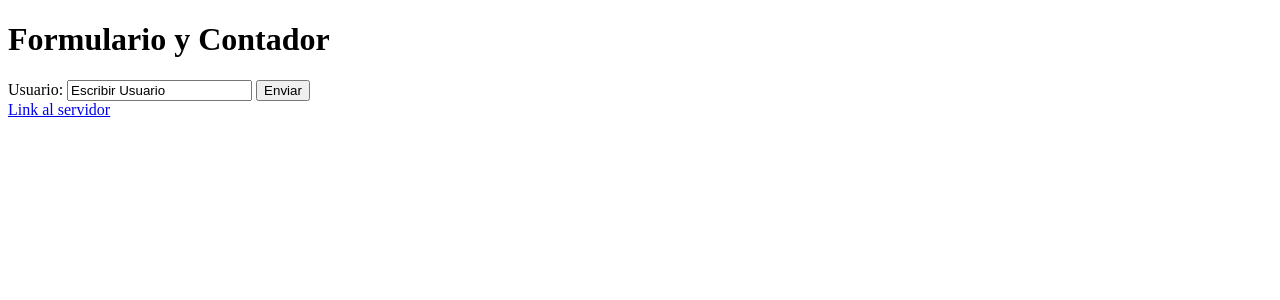
Repository: satfail/J2EE_DAD2_Workspace
Page: DADII_Tarea1/WebContent/index.html
The author's editor kept a copy of each file at every save. The page is drawn from the files as they stood at one save, then again after the next save.
The browser window is 1280 px wide. The pictures show the whole page.

Above is the page before, as saved 2020-02-13 10:08:50.

### DADII_Tarea1/WebContent/index.html
<!DOCTYPE html>
<html>
	<head>
		<script type = "text/javascript" src ="funciones.js"></script>
		<meta charset="ISO-8859-1">
		<title>Formulario y Contador</title>
	</head>
	<body>
		<h1>Formulario y Contador</h1>
		<form name = "form1" action = "/DADII_Tarea1/Servlet" method = "post"
		onSubmit ="return validarForma(this)">
			Usuario:
			<input type = "text" name= "usuario"
						value = "Escribir Usuario" onfocus = this.select()/>
			<input type = "submit" value ="Enviar">
		</form>
		<a href = "/DADII_Tarea1/Servlet" method = "get">Link al servidor</a>
		</body>
</html>

### DADII_Tarea1/WebContent/funciones.js

function validarForma(forma){
	var usuario = forma.usuario;
	if(usuario.value == "" || usuario.value == "Escribir Usuario"){
		alert("Debe proporcionar un nombre de Usuario");
		usuario.focus();
		usuario.select();
		return false;
	}
	alert("Formulario valido, enviando datos al servidor");
	return true;
}

After the next save:
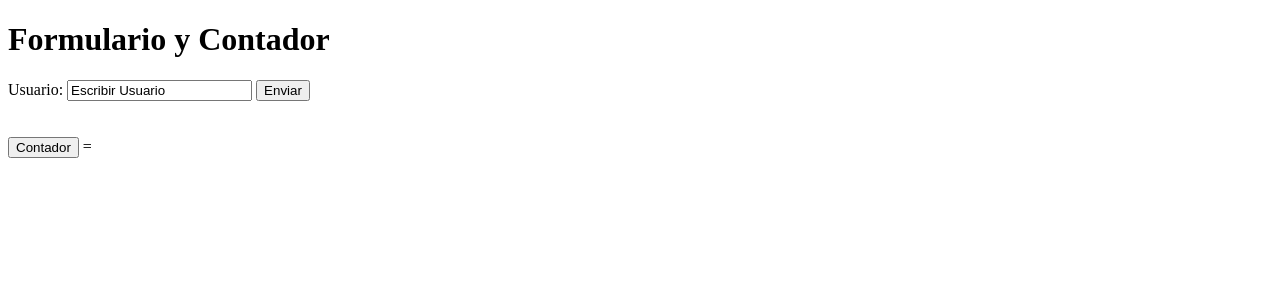
Saved 1 s later.
--- a/DADII_Tarea1/WebContent/index.html
+++ b/DADII_Tarea1/WebContent/index.html
@@ -13,7 +13,9 @@
 			<input type = "text" name= "usuario"
 						value = "Escribir Usuario" onfocus = this.select()/>
 			<input type = "submit" value ="Enviar">
+
 		</form>
-		<a href = "/DADII_Tarea1/Servlet" method = "get">Link al servidor</a>
+			<br><br>
+			<input type = "submit" value ="Contador"> =
 		</body>
 </html>

After the 2 saves that followed:
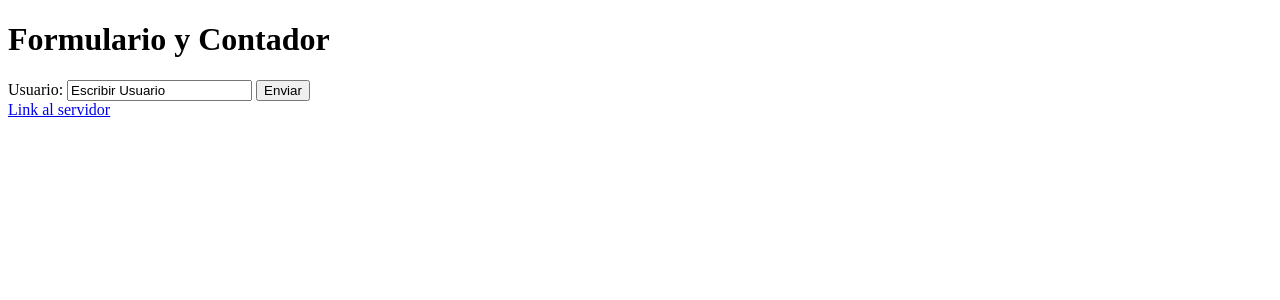
The 2 saves are shown as one change because 1 left the picture as it was.
The last was saved 97 s later.
--- a/DADII_Tarea1/WebContent/index.html
+++ b/DADII_Tarea1/WebContent/index.html
@@ -13,9 +13,7 @@
 			<input type = "text" name= "usuario"
 						value = "Escribir Usuario" onfocus = this.select()/>
 			<input type = "submit" value ="Enviar">
-
 		</form>
-			<br><br>
-			<input type = "submit" value ="Contador"> =
+		<a href = "/ManejoCabeceras/Servlet" method = "get">Link al servidor</a>
 		</body>
 </html>
